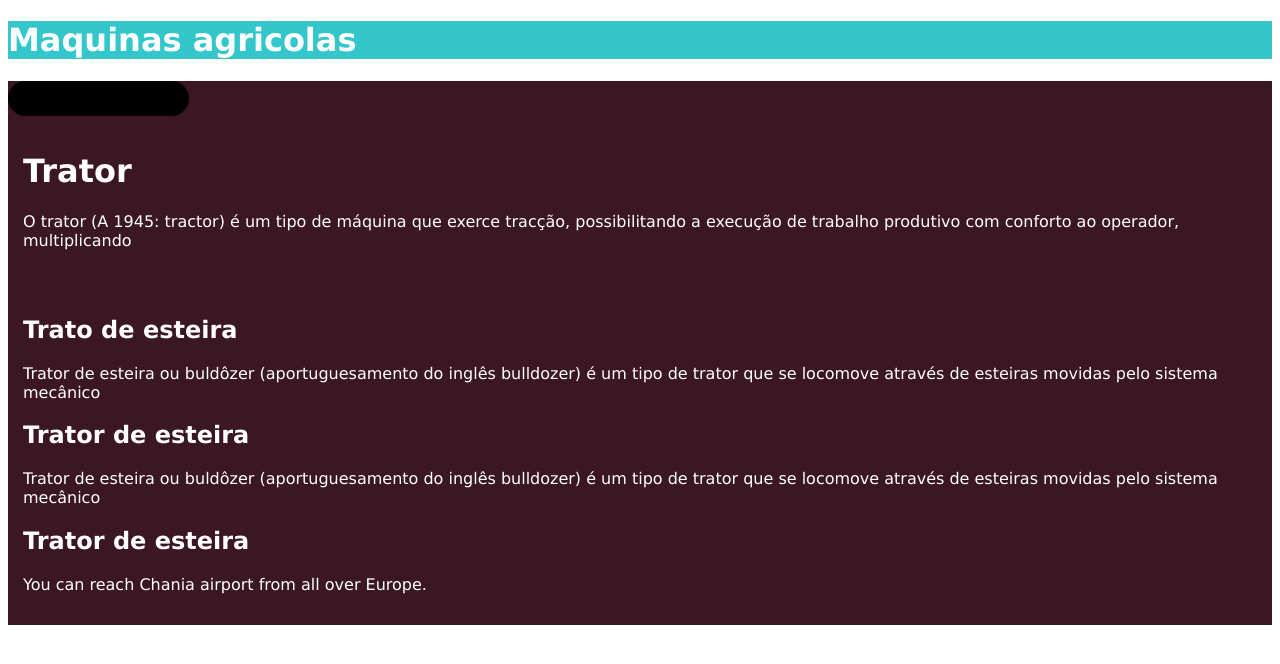
Repository: ecrseer/pesquisa-carros-html
Page: news.html
An editor plug-in stored every save of this project. The page is shown before and after a run of saves, followed by the edit.
The browser window is 1280 px wide. The pictures show the whole page.

Above is the page before, as saved 2022-01-21 16:18:26.
Console error: TypeError: Cannot read properties of undefined (reading 'fn')

After the next 3 saves:
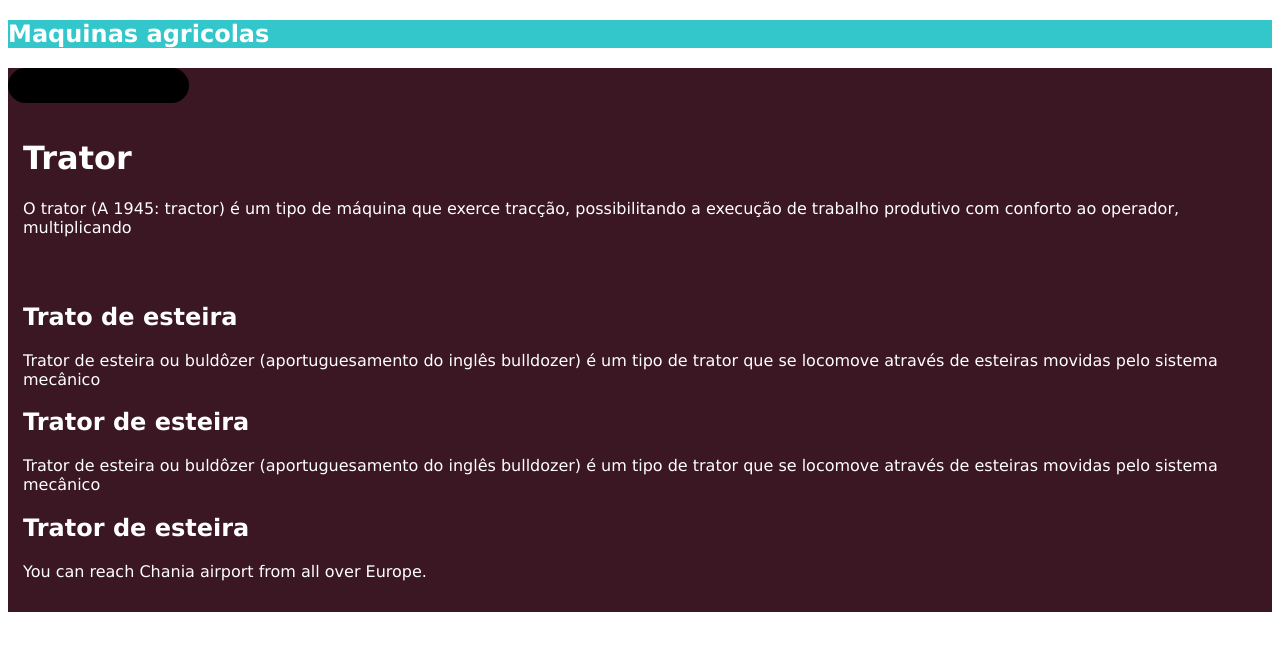
The 3 saves are shown as one change because they came seconds apart.
The last was saved 6 s later.
--- a/news.html
+++ b/news.html
@@ -14,12 +14,10 @@
 </head>
 
 <body>
-    <div class="header">
+    <nav class="header">
         <h1>Maquinas agricolas</h1>
-        <nav >
 
-        </nav>
-      </div>
+      </nav>
 
       <div class ="resto">
       <div class="row">
